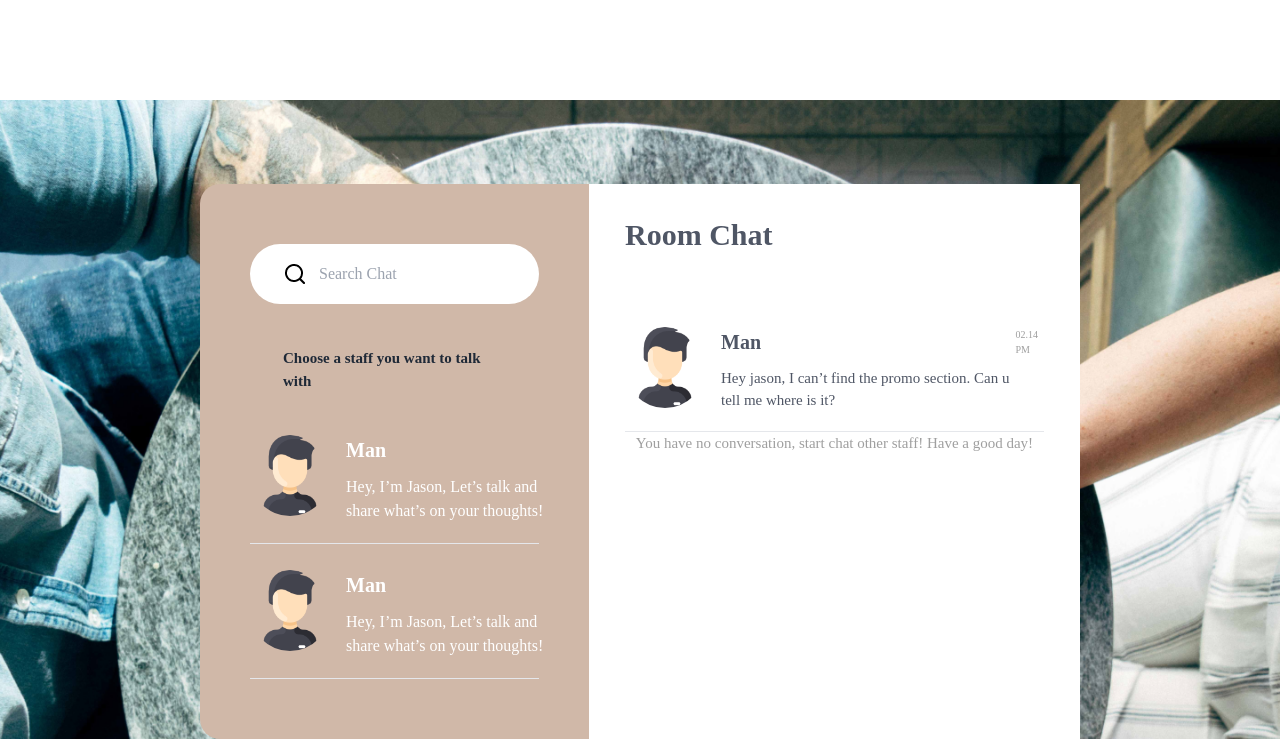
Repository: boykebn/fw12-collab2-FRONTEND
Page: /chat (app in our/)
The author's editor kept a copy of each file at every save. The page is drawn from the files as they stood at one save, then again after the next save.
The browser window is 1280 px wide. The pictures show the whole page.
The project was rebuilt for these pictures with package versions that can differ from the ones it lists, and the page was loaded fresh each time. The framework's server and built-in components were replaced by stand-ins that run in the browser. Also part of the build but not shown: our/next.config.js.

Above is the page before, as saved 2023-01-01 00:16:25.

### our/pages/_app.js
import "../styles/globals.css";
import { Provider } from "react-redux";
import { store } from "../redux/store";

export default function App({ Component, pageProps }) {
  return (
    <Provider store={store}>
      <Component {...pageProps} />
    </Provider>
  );
}

### our/pages/chat.js
import React from "react";
import Image from "next/image";
import search from "../assets/search.png";
import man from "../assets/man.png";

const Chat = () => {
  return (
    <div className="pt-[100px] font-poppins">
      <div className="bg-[url('../assets/background-chat.png')] bg-cover bg-no-repeat">
        <div className="pt-[84px] px-[200px] flex ">
          <div className=" py-[60px] px-[50px]  bg-[#d0b8a8] rounded-l-[20px]">
            <div className="border-1 flex items-center bg-white py-[18px] pl-[35px] pr-[40px] rounded-[30px] mb-[43px]">
              <Image src={search} alt="search" className="mr-[14px]" />
              <input placeholder="Search Chat" className="focus:outline-none" />
            </div>
            <p className="text-[15px] font-bold mb-[43px] px-[33px]">
              Choose a staff you want to talk with
            </p>
            <div className="flex mb-[20px] text-white">
              <Image
                src={man}
                alt="man"
                className="w-[80px] h-[81px] mr-[16px] rounded-[50%]"
              />
              <div>
                <p className="text-[20px] font-bold mb-[10px]">Man</p>
                <p className="w-[210px]">
                  Hey, I’m Jason, Let’s talk and share what’s on your thoughts!
                </p>
              </div>
            </div>
            <hr className="mb-[26px]" />
            <div className="flex mb-[20px] text-white">
              <Image
                src={man}
                alt="man"
                className="w-[80px] h-[81px] mr-[16px] rounded-[50%]"
              />
              <div>
                <p className="text-[20px] font-bold mb-[10px]">Man</p>
                <p className="w-[210px]">
                  Hey, I’m Jason, Let’s talk and share what’s on your thoughts!
                </p>
              </div>
            </div>
            <hr />
          </div>
          <div className="bg-white px-[36px] py-[28px] w-[1133px]">
            <div>
              <p className="text-[#4F5665] text-[30px] font-bold leading-[45px] mb-[70px]">
                Room Chat
              </p>
              <div className="flex mb-[20px] text-white">
                <Image
                  src={man}
                  alt="man"
                  className="w-[80px] h-[81px] mr-[16px] rounded-[50%]"
                />
                <div>
                  <p className="text-[#4F5665] text-[20px] font-bold mb-[10px]">
                    Man
                  </p>
                  <p className="text-[#4F5665] text-[15px] leading-[22px]">
                    Hey jason, I can’t find the promo section. Can u tell me
                    where is it?
                  </p>
                </div>
                <span className="text-[#9F9F9F] text-[10px] leading-[15px]">
                  02.14 PM
                </span>
              </div>
              <hr />
            </div>
            <div className="flex items-center justify-center">
              <p className="text-[#9F9F9F] text-[15px]">
                You have no conversation, start chat other staff! Have a good
                day!
              </p>
            </div>
          </div>
        </div>
      </div>
    </div>
  );
};

export default Chat;

### our/styles/globals.css
@tailwind base;
@tailwind components;
@tailwind utilities;

@import url("https://fonts.googleapis.com/css2?family=Poppins&family=Rubik&display=swap");
.btn {
  text-transform: none;
  width: 100%;
}
.input {
  width: 100%;
}

@media (min-width: 768px) {
  .bg-forgot-password {
    background-image: url("../images/forgotPasswordBg.png");
  }
}

### our/redux/store.js
import { configureStore } from '@reduxjs/toolkit';
import thunk from 'redux-thunk'
import reducer from './reducers';
import {persistStore} from 'redux-persist'

const store = configureStore({
    reducer,
    middleware: [thunk]
})

const persistor = persistStore(store)

export {store, persistor}

### our/redux/reducers/index.js
import {combineReducers} from '@reduxjs/toolkit';
import {persistReducer} from 'redux-persist'
import storage from 'redux-persist/lib/storage'
import auth from './auth'

const authConfig = {
    key: 'auth',
    storage
}

const reducer = combineReducers({
    auth: persistReducer(authConfig, auth),
})

export default reducer

### our/redux/reducers/auth.js
import {createSlice} from '@reduxjs/toolkit'

const initialState = {
    token: null
}

const authReducer = createSlice({
    name: 'auth',
    initialState,
    reducers: {
        logout: (state, action) => {
            return initialState
        }
    },
    extraReducers: (build) => {
    }
})

export const { logout } = authReducer.actions

export default authReducer.reducer

### our/tailwind.config.js
/** @type {import('tailwindcss').Config} */
module.exports = {
  content: [
    "./pages/**/*.{js,ts,jsx,tsx}",
    "./components/**/*.{js,ts,jsx,tsx}",
  ],
  theme: {
    extend: {
      fontFamily: {
        rubik: ["Rubik", "sans-serif"],
        poppins: ["Poppins"],
      },
      backgroundImage: {
        order_bg: "url('../images/bg-1.png')",
      },
    },
  },
  plugins: [require("daisyui")],
};

After the next save:
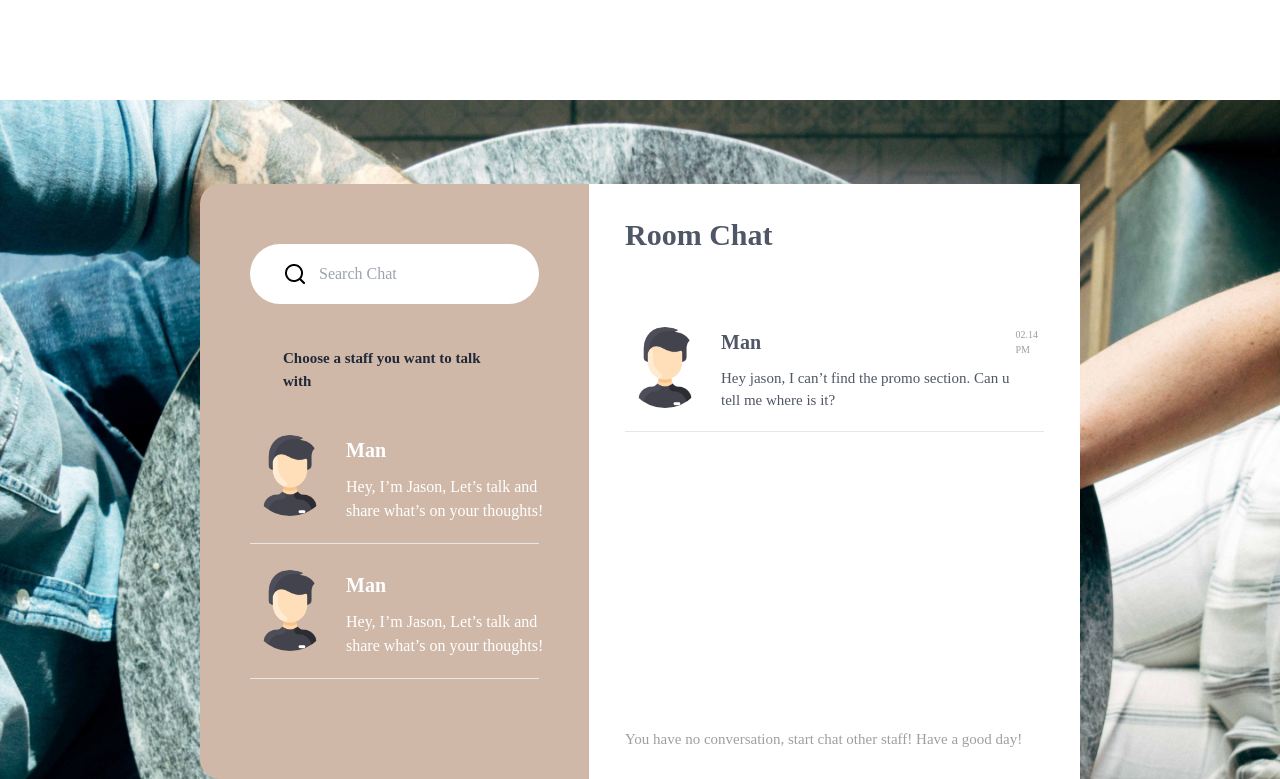
Saved 72 s later.
--- a/our/pages/chat.js
+++ b/our/pages/chat.js
@@ -71,7 +71,7 @@ const Chat = () => {
               </div>
               <hr />
             </div>
-            <div className="flex items-center justify-center">
+            <div className="pt-[296px]">
               <p className="text-[#9F9F9F] text-[15px]">
                 You have no conversation, start chat other staff! Have a good
                 day!
